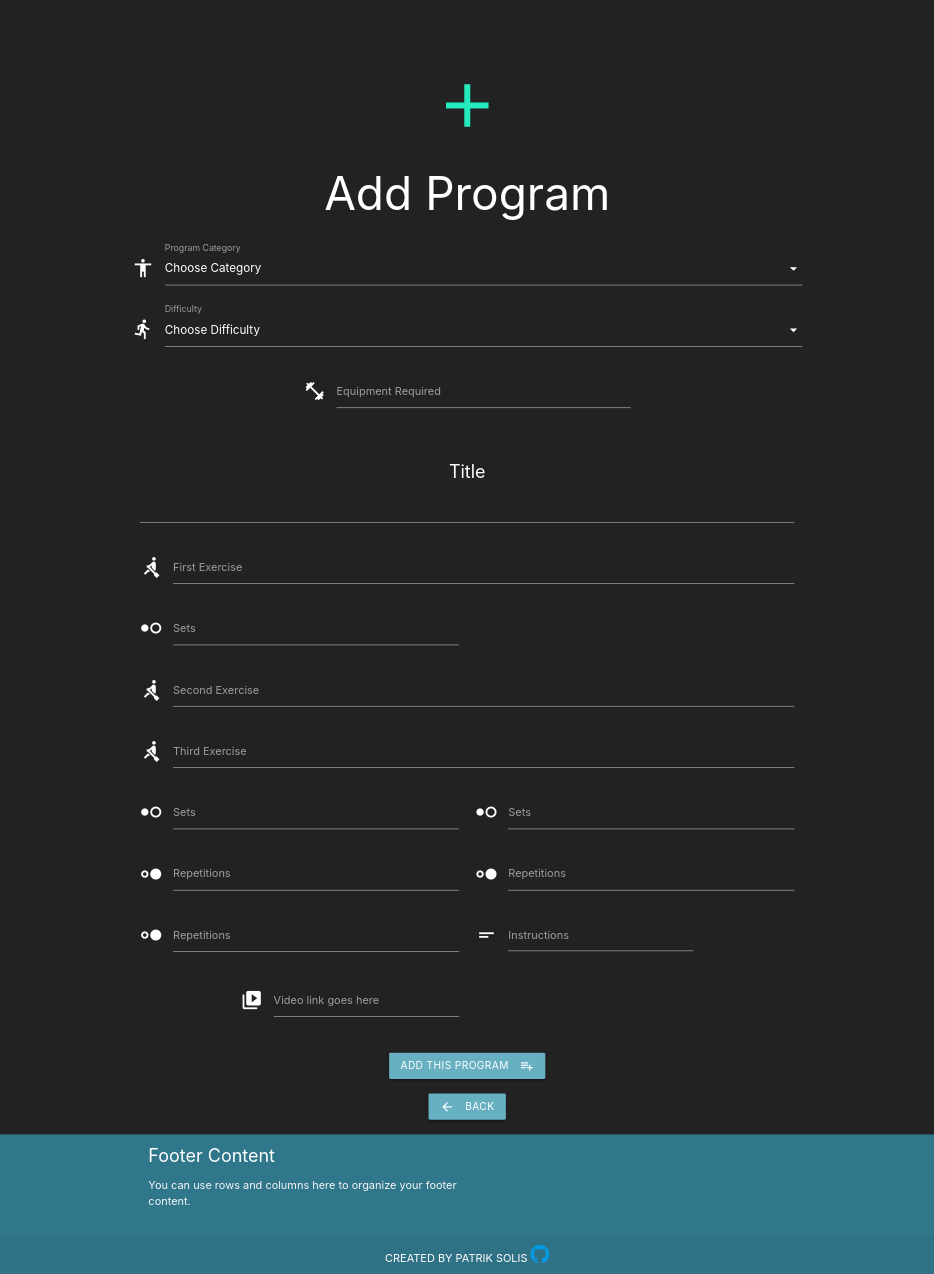
Repository: Ario124/calisthenics-project
Page: http://localhost/add_program
The author's editor kept a record of every edit. The page is drawn from the files as they stood at one moment, then again after the next edit.
The browser window is 1280 px wide. The pictures show the whole page, at 73% of full size.
The page is served by the project's application, run on Flask 3 (app.py). Queries for data that is not in the repository find no rows.

Above is the page before.

### templates/add_program.html
{% extends 'base.html' %} {% block content %}

<div class="row center-align">
    <i class="material-icons icon-size icon-color2">add</i>
</div>
<h1 class="center-align expert_title">Add Program</h1>
<div class="container">

    <form action="{{url_for('insert_program')}}" method="POST" class="col s12">
        <div class="row">
            <div class="row">
                <div class="input-field col s12">
                    <i class="material-icons prefix">accessibility</i>
                    <select id="category" name="category_name">
                  <option value="" disabled selected>Choose Category</option>
                  {% for cat in categories %}
                      <option value="{{cat.category_name}}">{{cat.category_name}}</option>
                  {% endfor %}
                </select>
                    <label>Program Category</label>
                </div>




                <div class="input-field col s12">
                    <i class="material-icons prefix">directions_run</i>
                    <select id="difficulty" name="difficulty_level">
                  <option value="" disabled selected>Choose Difficulty</option>
                  {% for dif in difficulty %}
                      <option value="{{dif.difficulty_level}}">{{dif.difficulty_level}}</option>
                  {% endfor %}
                </select>
                    <label>Difficulty</label>
                </div>

                <div class="input-field col s6 offset-s3">
                    <i class="material-icons prefix">fitness_center</i>
                    <input id="equipment_required" name="equipment_required" type="text" required>
                    <label for="icon_prefix">Equipment Required</label>
                </div>
            </div>
            <div class="input-field col s12">
                <h5 class="center-align">Title</h5>
                <input id="program_name" name="program_name" type="text" class="center-align" required>
            </div>

            <div class="input-field col s12">
                <i class="material-icons prefix">rowing</i>
                <input id="exercise" name="exercise" type="text" required>
                <label for="icon_prefix">First Exercise</label>
            </div>

                        <div class="input-field col s6">
                <i class="material-icons prefix">hdr_weak</i>
                <input id="sets_amount" name="sets_amount" type="text" required>
                <label for="icon_prefix">Sets</label>
            </div>

            <div class="input-field col s12">
                <i class="material-icons prefix">rowing</i>
                <input id="exercise2" name="exercise2" type="text" required>
                <label for="icon_prefix">Second Exercise</label>
            </div>

            <div class="input-field col s12">
                <i class="material-icons prefix">rowing</i>
                <input id="exercise3" name="exercise3" type="text" required>
                <label for="icon_prefix">Third Exercise</label>
            </div>



            <div class="input-field col s6">
                <i class="material-icons prefix">hdr_weak</i>
                <input id="sets_amount2" name="sets_amount2" type="text" required>
                <label for="icon_prefix">Sets</label>
            </div>

            <div class="input-field col s6">
                <i class="material-icons prefix">hdr_weak</i>
                <input id="sets_amount3" name="sets_amount3" type="text" required>
                <label for="icon_prefix">Sets</label>
            </div>

            <div class="input-field col s6">
                <i class="material-icons prefix">hdr_strong</i>
                <input id="reps_amount" name="reps_amount" type="text" required>
                <label for="icon_prefix">Repetitions</label>
            </div>

            <div class="input-field col s6">
                <i class="material-icons prefix">hdr_strong</i>
                <input id="reps_amount2" name="reps_amount2" type="text" required>
                <label for="icon_prefix">Repetitions</label>
            </div>

            <div class="input-field col s6">
                <i class="material-icons prefix">hdr_strong</i>
                <input id="reps_amount3" name="reps_amount3" type="text" required>
                <label for="icon_prefix">Repetitions</label>
            </div>

            <div class="container">
                <div class="input-field col s6">
                    <i class="material-icons prefix">short_text</i>
                    <textarea name="description" id="description" class="materialize-textarea center-align" required></textarea>
                    <label for="icon_prefix">Instructions</label>
                </div>



                <div class="input-field col s6">
                    <i class="material-icons prefix">video_library</i>
                    <textarea name="example_youtube" id="example_youtube" class="materialize-textarea center-align" required></textarea>
                    <label for="icon_prefix">Video link goes here</label>
                </div>
            </div>


        </div>
        <div class="row center-align">

            <div class="col s12">
                <button class="btn waves-effect waves-light btn-colored" type="submit" name="action">Add This Program
                     <i class="material-icons right">playlist_add</i>
                    </button>
            </div>

        </div>
        <div class="row center-align">
            <div class="col s12">
                <button onclick="goBack()" class="btn waves-effect waves-light btn-colored">Back
                     <i class="material-icons left">arrow_back</i>
                     </button>
            </div>

        </div>
    </form>
</div>





{% endblock %}

### templates/base.html
<!DOCTYPE html>
<html lang="en">
<head>
    <meta charset="UTF-8">
    <meta name="viewport" content="width=device-width, initial-scale=1">
    <link href="https://fonts.googleapis.com/icon?family=Material+Icons" rel="stylesheet">
    <link rel="stylesheet" href="https://cdnjs.cloudflare.com/ajax/libs/materialize/1.0.0/css/materialize.min.css">
    <link rel="stylesheet" href="{{url_for('static', filename="css/main.css")}}" type="text/css" />
    <link rel="stylesheet" href="https://maxcdn.bootstrapcdn.com/font-awesome/4.7.0/css/font-awesome.min.css" type="text/css" />

    <title>Calisthenics Project</title>
    <link rel="icon" href="https://d1ujqdpfgkvqfi.cloudfront.net/favicon-generator/htdocs/favicons/2019-09-19/50f3ab5b7a10e0ae0911c83435938cd6.ico.png">

</head>
<body>
    <header>

        <div id="navbar-test" class="navbar-fixed">
            <nav>
                <div class="nav-wrapper">
                    <a href="{{url_for('home')}}" class="brand-logo"><i class="material-icons nav-icon-pad">home</i></a>
                    <a href="{{url_for('home')}}" class="brand-logo center-align">Calisthenics</a>
                    <a href="#" data-target="mobile-demo" class="sidenav-trigger"><i class="material-icons">menu</i></a>
                    <ul class="right hide-on-med-and-down">
                        <li><a href="{{url_for('get_programs')}}">View Programs</a></li>
                        <li><a href="{{url_for('add_program')}}">Add Program</a></li>
                        <li><a href="{{url_for('exercises')}}">Exercises</a></li>
                        <li><a href="{{url_for('contact')}}">Contact Us</a></li>
                    </ul>
                </div>
            </nav>

            <ul class="sidenav" id="mobile-demo">
                <li><a class="sidenav-close" href="#!"><i class="material-icons">menu</i>Close</a></li>
                <li><a href="{{url_for('get_programs')}}">View Programs</a></li>
                <li><a href="{{url_for('add_program')}}">Add Program</a></li>
                <li><a href="{{url_for('exercises')}}">Exercises</a></li>
                <li><a href="{{url_for('contact')}}">Contact Us</a></li>
            </ul>
        </div>

    </header>



    {% block content %} {% endblock %}

    <script src="https://cdnjs.cloudflare.com/ajax/libs/jquery/3.4.1/jquery.min.js"></script>
    <script src="https://cdnjs.cloudflare.com/ajax/libs/materialize/1.0.0/js/materialize.min.js"></script>
    <script type="text/javascript">
        M.AutoInit()
    </script>
    <script>
        var prevScrollpos = window.pageYOffset;
window.onscroll = function() {
  var currentScrollPos = window.pageYOffset;
  if (prevScrollpos > currentScrollPos) {
    document.getElementById("navbar-test").style.top = "0";
  } else {
    document.getElementById("navbar-test").style.top = "-70px";
  }
  prevScrollpos = currentScrollPos;
}
    </script>

</body>
        <footer class="page-footer">
          <div class="container">
            <div class="row">
              <div class="col l6 s12">
                <h5 class="white-text">Footer Content</h5>
                <p class="grey-text text-lighten-4">You can use rows and columns here to organize your footer content.</p>
              </div>
            </div>
          </div>
          <div class="footer-copyright">
            <div class="container center-align">
            CREATED BY PATRIK SOLIS
            <a target="_blank" href="https://github.com/Ario124"><i class="fa fa-github fa-2x"></i></a>
            </div>
          </div>
        </footer>

</html>

### app.py
import os
from flask import Flask, render_template, redirect, request, url_for
from flask_pymongo import PyMongo
from bson.objectid import ObjectId

app = Flask(__name__)


app.config["MONGO_DBNAME"] = 'calisthenics-project'
app.config["MONGO_URI"] = 'mongodb+srv://root:pasol005@myfirstcluster-qno2b.mongodb.net/calisthenics?retryWrites=true&w=majority'


mongo = PyMongo(app)

@app.route('/')
@app.route('/home')
def home():
    return render_template('index.html')

@app.route('/add_program')
def add_program():
    return render_template('add_program.html', categories =mongo.db.categories.find(), difficulty =mongo.db.difficulty.find())


@app.route('/categories')
def categories():
    return render_template('categories.html')

@app.route('/contact')
def contact():
    return render_template('contact.html')

@app.route('/get_programs')
def get_programs():
    return render_template('programs.html',
        training_programs=mongo.db.training_programs.find(), description =mongo.db.description.find())


@app.route('/insert_program', methods=['POST'])
def insert_program():
    training_programs = mongo.db.training_programs
    training_programs.insert_one(request.form.to_dict())
    return redirect(url_for('get_programs'))

@app.route('/edit_program/<program_id>')
def edit_program(program_id):
    _program = mongo.db.training_programs.find_one({"_id": ObjectId(program_id)})
    _categories = mongo.db.categories.find()
    _difficulty = mongo.db.difficulty.find()
    category_list = [category for category in _categories]
    difficulty_list = [difficult for difficult in _difficulty]
    return render_template('edit_program.html', program = _program, categories = category_list, difficulties = difficulty_list)


@app.route('/update_program/<program_id>', methods=['POST'])
def update_program(program_id):
    training_programs = mongo.db.training_programs
    training_programs.update({'_id': ObjectId(program_id)},
    {
        'category_name':request.form.get('category_name'),
        'difficulty_level':request.form.get('difficulty_level'),
        'program_name':request.form.get('program_name'),
        'exercise':request.form.get('exercise'),
        'exercise2':request.form.get('exercise2'),
        'exercise3':request.form.get('exercise3'),
        'sets_amount':request.form.get('sets_amount'),
        'sets_amount2':request.form.get('sets_amount2'),
        'sets_amount3':request.form.get('sets_amount3'),
        'reps_amount':request.form.get('reps_amount'),
        'reps_amount2':request.form.get('reps_amount2'),
         'reps_amount3':request.form.get('reps_amount3'),
        'equipment_required':request.form.get('equipment_required'),
        'description':request.form.get('description')
    })
    return redirect(url_for('get_programs'))

@app.route('/add_exercise')
def add_exercise():
    return render_template('add_exercise.html')


@app.route('/delete_program/<program_id>')
def delete_program(program_id):
    mongo.db.training_programs.remove({'_id': ObjectId(program_id)})
    return redirect(url_for('get_programs'))


@app.route('/exercises')
def exercises():
    return render_template('exercises.html')

if __name__ == '__main__':
    app.run(host=os.environ.get('IP'),
            port=int(os.environ.get('PORT')),
            debug=True)

### static/css/main.css
nav {
    background-color: #1d1717f7;

}

.brand-logo {
    font-size: 40px;
}

.video-container iframe, .video-container object, .video-container embed {
    position: absolute;
    top: 0;
    left: 0;
    width: 100%;
    height: 100%;

}


.circle {
    width: 36%;
}

.video-container {
    bottom: 0px;
    z-index: -4;
}

.collapsible-header {
background-color: transparent;
}

.icon-size {
    font-size: 100px;
    margin-top:30px;
}

.contoo {
    background-color: #212525e8;
    color: orange;
}

.program-header {
    margin-top: 5px;
}

.colored-title {
    color: #e85a13;
}

.icon-color {
    color: #e6d712;
}

.icon-color2 {
    color: #24eabe;
}

.btn-colored {
    background-color: #71c4d8e0;
}

.btn-colored:hover {
    background-color: #3196af;
}

.img-test {
    background-image: url("/static/images/Pushups.jpg");
}

.icon-exercises {
    font-size: 100px;
    margin-top:30px;
    color: #f91d1d;
}

.expert_title {
    margin-bottom: 30px;
    margin-top: 30px;
}
body {
    background-color: #222;
    color: white;
}

nav .brand-logo i, .hoomee {
    font-size: 40px;
}

.select-dropdown {
    color: white;
}

.select-dropdown li.disabled>span {
    color: white;
}

.select-dropdown:focus {
    color:white;
}

input {
    color:white;


}

.container {
    color:white;
}

textarea.materialize-textarea {
    color:white;
}

.dropdown-content {
    background-color: #313131;
}

.dropdown-content li>span {
    color:white;
}

.select-wrapper .caret {
    fill:white
}

.sidenav-overlay {
    opacity: 0 !important;
    position: relative;
}

        .nav-icon-pad {
 padding-left:220px;

}


            .flow-text {
        font-size: 1rem;
    }

.pad-this {
    padding-top: 24px;
}

.page-footer {
    background-color: #1d1717f7;
    padding-top: 0px;
}


/* MEDIA QUERIES */



@media all and (min-width: 480px) and (max-width: 767px) {
    nav {
        background-color: #d0501ef7;
    }
            .flow-text {
        font-size: 2.1rem;
    }
}

@media all and (min-width: 768px) and (max-width: 1024px) {

    nav {
        background-color: #d01e1ef7;
    }

        .flow-text {
        font-size: 2.1rem;
    }

    .page-footer {
    background-color: #d01e1ef7;
    padding-top: 0px;
}

}


@media all and (min-width: 1024px) {

        nav .brand-logo {
            left: 43%;
        }

        nav {
            background-color: #317a90f7;
        }

            .page-footer {
    background-color: #317a90f7;
    padding-top: 0px;
}

        .nav-icon-pad {
 padding-left:190px;
}

            .flow-text {
        font-size: 1.5rem;
    }


.pad-this {
    padding-top: 0;
}

.video-container {
    bottom: 65px;
    z-index: -4;
}


}

After the next edit:
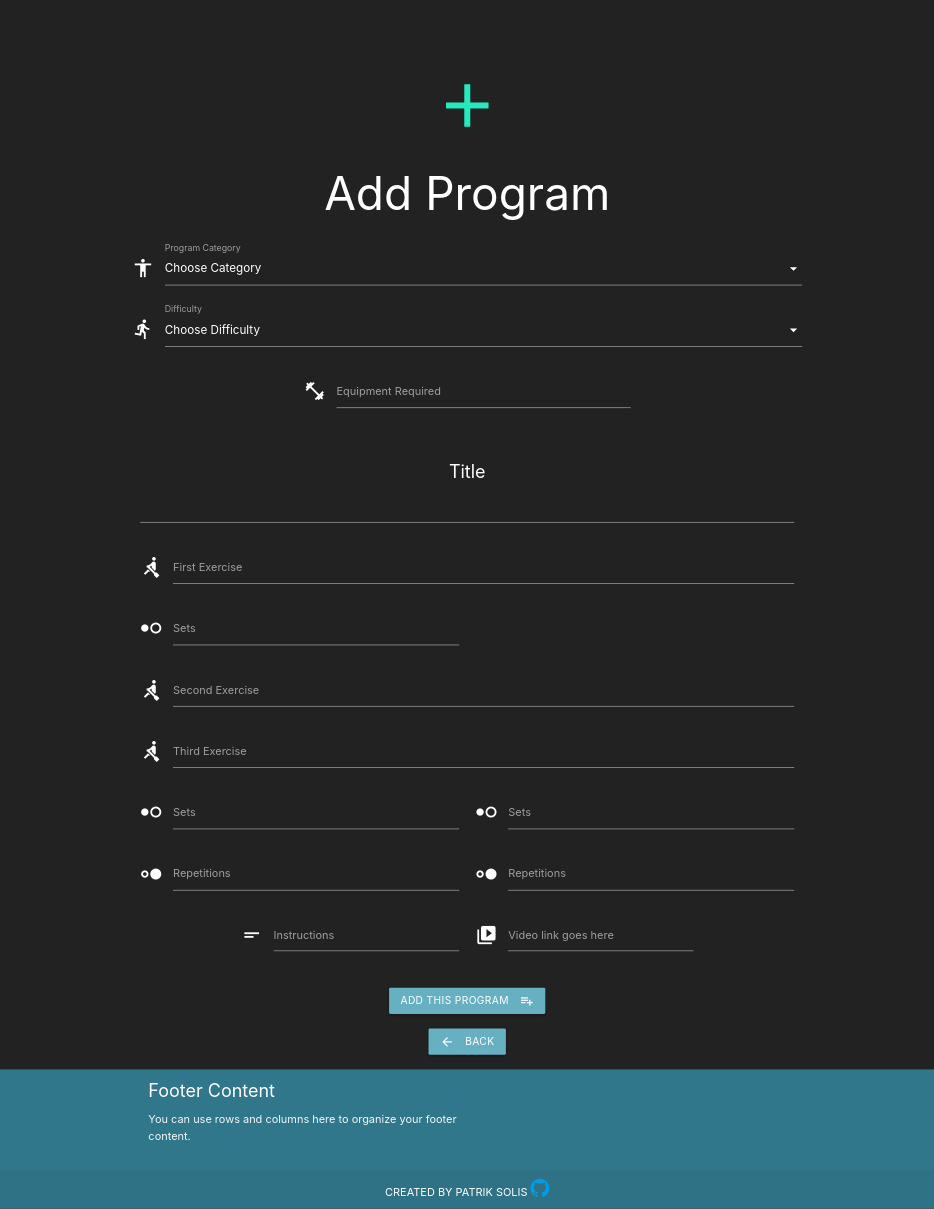
The edit:
--- a/templates/add_program.html
+++ b/templates/add_program.html
@@ -83,11 +83,6 @@
                 <label for="icon_prefix">Sets</label>
             </div>
 
-            <div class="input-field col s6">
-                <i class="material-icons prefix">hdr_strong</i>
-                <input id="reps_amount" name="reps_amount" type="text" required>
-                <label for="icon_prefix">Repetitions</label>
-            </div>
 
             <div class="input-field col s6">
                 <i class="material-icons prefix">hdr_strong</i>
